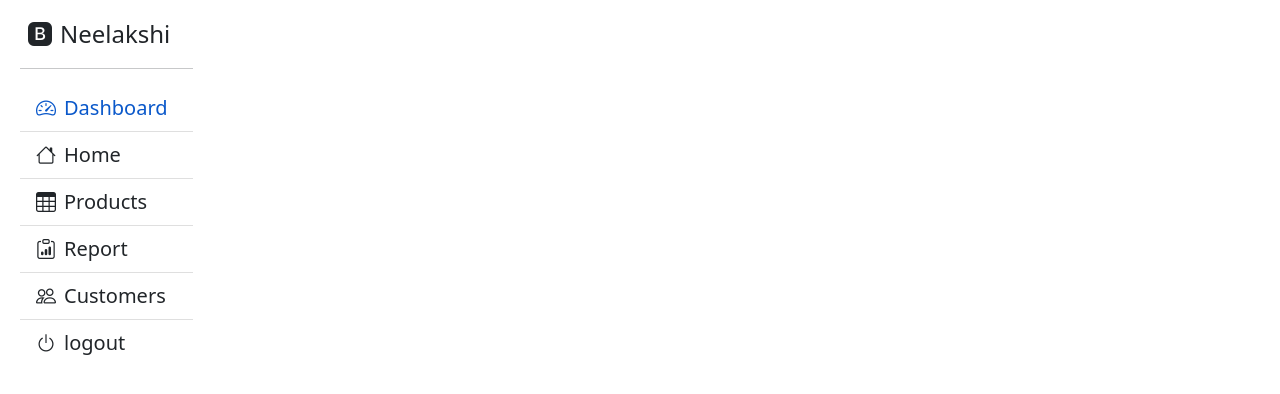
Repository: iqbalaamir/dashboard
Page: /
The author's editor kept a copy of each file at every save. The page is drawn from the files as they stood at one save, then again after the next save.
The browser window is 1280 px wide. The pictures show the whole page.
The pointer rests on the first visible `.list-group a`.
The project was rebuilt for these pictures with package versions that can differ from the ones it lists, and the page was loaded fresh each time. Also part of the build but not shown: src/App.css.

Above is the page before, as saved 2023-04-24 19:04:42.

### src/App.js
import "./App.css";
import SidebarComponent from "./artifacts/SidebarComponent";


function App() {
  return (
<div className="container-fluid">
<div className="row">
<div className="col-2">
<SidebarComponent/>
</div>
</div>
</div>
  );
}

export default App;

### src/artifacts/SidebarComponent.js
import React from 'react'
import "bootstrap/dist/css/bootstrap.min.css";
import "bootstrap-icons/font/bootstrap-icons.css";
import "./style.css"
function SidebarComponent() {
  return (
    <div className='bg-white sidebar p-2'>
        <div className='m-2'>
            <i className='bi bi-bootstrap-fill me-2 fs-4'></i>
            <span className='brand-name fs-4'>Neelakshi</span>
        </div>
        <hr className='text-dark'/>
        <div className='list-group list-group-flush'>
            <a className='list-group-item py-2'>
                <i className='bi bi-speedometer2 fs-5 me-2'></i>
                <span className='fs-5'>Dashboard</span>
            </a>
            <a className='list-group-item py-2'>
                <i className='bi bi-house fs-5 me-2'></i>
                <span className='fs-5'>Home</span>
            </a>
            <a className='list-group-item py-2'>
                <i className='bi bi-table fs-5 me-2'></i>
                <span className='fs-5'>Products</span>
            </a>
            <a className='list-group-item py-2'>
                <i className='bi bi-clipboard-data fs-5 me-2'></i>
                <span className='fs-5'>Report</span>
            </a>
            <a className='list-group-item py-2'>
                <i className='bi bi-people fs-5 me-2'></i>
                <span className='fs-5'>Customers</span>
            </a>
            <a className='list-group-item py-2'>
                <i className='bi bi-power fs-5 me-2'></i>
                <span className='fs-5'>logout</span>
            </a>


        </div>
    </div>
  )
}

export default SidebarComponent

### src/artifacts/style.css
.list-group a:hover{
   background-color:"blue";
}

Loaded but not shown: public/index.html (common file); src/index.js (common file); src/index.css (common file); src/reportWebVitals.js (common file); public/manifest.json (common file)

After the next save:
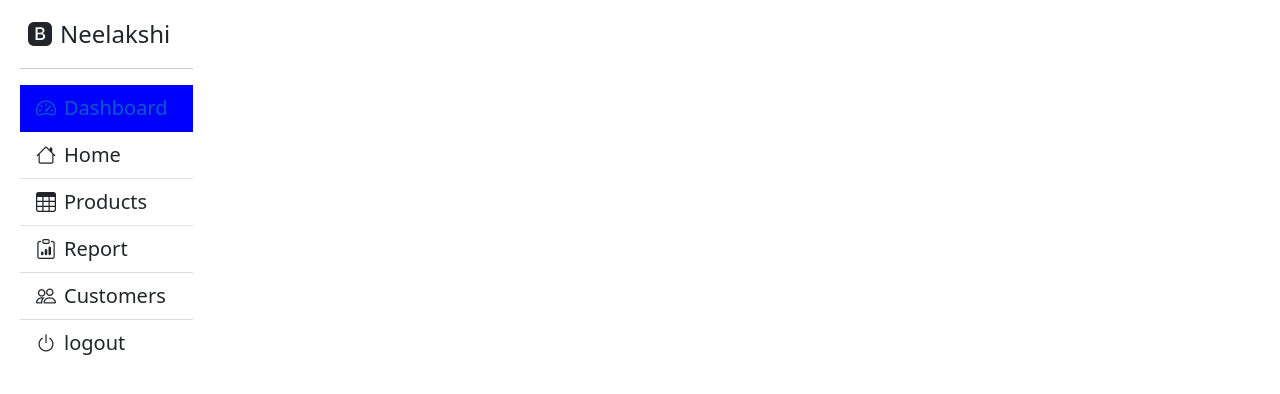
Saved 25 s later.
--- a/src/artifacts/style.css
+++ b/src/artifacts/style.css
@@ -1,3 +1,3 @@
 .list-group a:hover{
-   background-color:"blue";
+   background-color:blue;
 }
